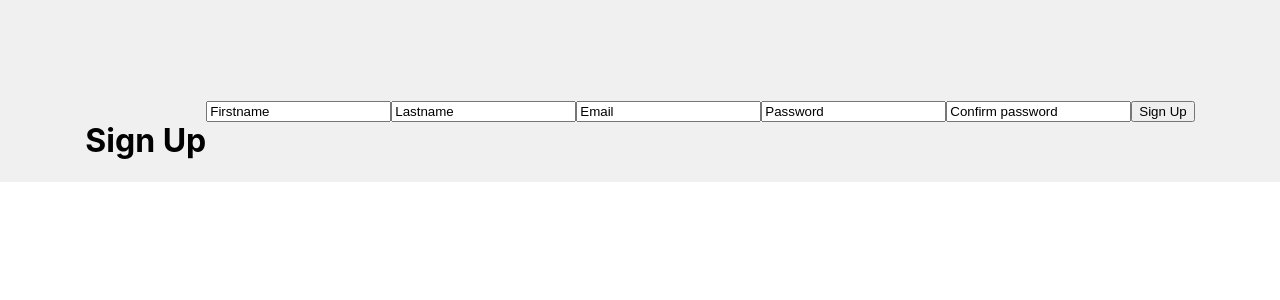
Repository: khamraeva/JSP-homework1-sighup
Page: /
The author's editor kept a copy of each file at every save. The page is drawn from the files as they stood at one save, then again after the next save.
The browser window is 1280 px wide. The pictures show the whole page.
The project was rebuilt for these pictures with package versions that can differ from the ones it lists, and the page was loaded fresh each time.

Above is the page before, as saved 2020-07-22 16:28:30.

### src/App.js
import React from 'react';
import SignUp from './Components/SignUp/SignUp';


function App() {
  return (
    <div className="App">
      <SignUp />
    </div>
  );
}

export default App;

### src/Components/SignUp/SignUp.js
import React, { Component } from 'react';
import './SignUp.css';

class SignUp extends Component {
    render() {
        return (
            <div className={'signup-container'}>
                <h1>Sign Up</h1>
                <form>
                    <input
                        type='text'
                        value='Firstname'
                    />
                    <input
                        type='text'
                        value='Lastname'
                    />
                    <input
                        type='text'
                        value='Email'
                    />
                    <input
                        type='text'
                        value='Password'
                    />
                    <input
                        type='text'
                        value='Confirm password'
                    />
                    <button>Sign Up</button>
                </form>
            </div>
        )
    }
}

export default SignUp

### src/Components/SignUp/SignUp.css
.signup-container {
    display: flex;
    justify-content: center;
    padding-top: 100px;
    flex-grow: 1;
    width: 100%;
    background: rgb(239, 240, 239);
}

.signup-container > div {
    width: 100%;
    max-width: 600px;
    padding: 0 20px;
}

.signup-container h1 {
    text-align: center;
}

.signup-form {
    background: #eee;
    box-shadow: 2px 2px 2px rgba(0, 0, 0, .5);
    padding: 15px;
    border-radius: 5px;
}

Loaded but not shown: public/index.html (common file); src/index.js (common file); src/index.css (common file); src/serviceWorker.js (common file)

After the next save:
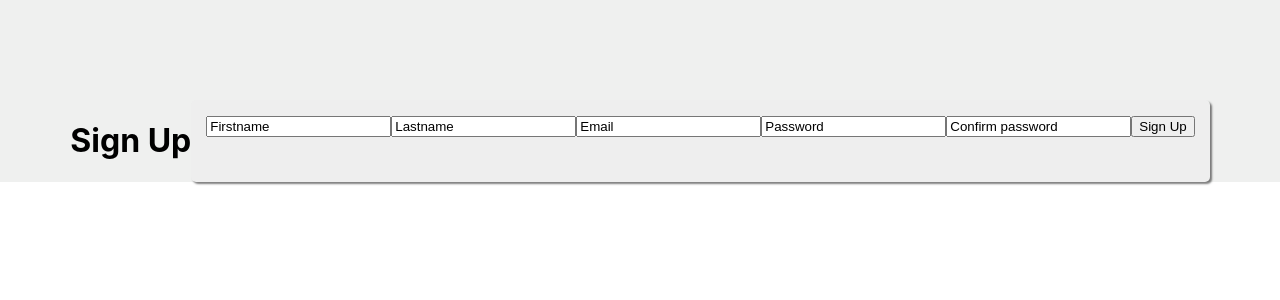
Saved 10 s later.
--- a/src/Components/SignUp/SignUp.js
+++ b/src/Components/SignUp/SignUp.js
@@ -6,7 +6,7 @@ class SignUp extends Component {
         return (
             <div className={'signup-container'}>
                 <h1>Sign Up</h1>
-                <form>
+                <form className={'signup-form'}>
                     <input
                         type='text'
                         value='Firstname'
